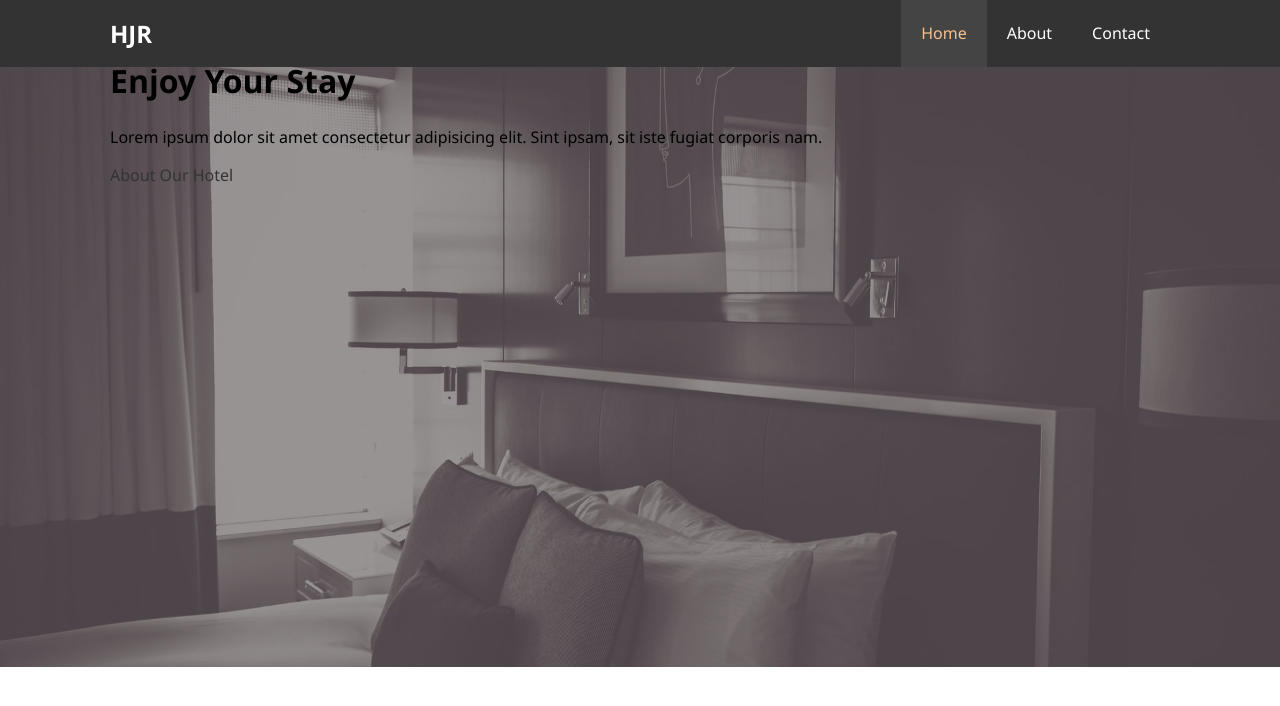
Repository: dimlutine/Hotel-Project
Page: index.html
These files come from the project's save history. The page is drawn as it stood at one moment and after the next save; the edit follows.
The browser window is 1280 px wide. The pictures show the whole page.

Above is the page before, as saved 2019-07-05 21:50:37.

### index.html
<!DOCTYPE html>
<html lang="en">

<head>
    <meta charset="UTF-8">
    <meta name="viewport" content="width=device-width, initial-scale=1.0">
    <meta http-equiv="X-UA-Compatible" content="ie=edge">
    <meta name="description" content="Welcome to the neatest hotel in Durham, North Carolina!">
    <meta name="keywords" content="hotel,durham hotel, north carolina hotel, rdu hotel">
    <link rel="stylesheet" href="css/style.css">
    <title>Hotel JR | Durham Hotel</title>
</head>

<body>
    <header>
        <nav id="navbar">
            <div class="container">
                <h1 class="logo"><a href="index.html">HJR</a></h1>
                <ul>
                    <li><a class="current" href="index.html">Home</a></li>
                    <li><a href="about.html">About</a></li>
                    <li><a href="contact.html">Contact</a></li>
                </ul>
            </div>

        </nav>
        <div id="showcase">
            <div class="container">
                <div class="showcase-content">
                    <h1>
                        <span class="text-primary">Enjoy</span> Your Stay
                    </h1>
                    <p class="lead">Lorem ipsum dolor sit amet consectetur adipisicing elit. Sint ipsam, sit iste fugiat corporis nam.</p>
                    <a class="btn" href="about.html">About Our Hotel</a>
                </div>
            </div>
        </div>
    </header>
</body>

</html>

### css/style.css
* {
    padding: 0;
    margin: 0;
    box-sizing: border-box;
}

html,
body {
    font-family: 'Segoe UI', 'Segoe UI', Tahoma, Geneva, Verdana, sans-serif;
    line-height: 1.7em;
}

a {
    color: #333;
    text-decoration: none;
}

h1,
h2,
h3 {
    padding-bottom: 20px;
}

p {
    margin: 10px 0;
}

.container {
    margin: auto;
    max-width: 1100px;
    overflow: auto;
    padding: 0 20px;
}

#navbar {
    background: #333;
    color: #fff;
    overflow: auto;
}

#navbar a {
    color: #fff;
}

#navbar h1 {
    float: left;
    padding-top: 20px;
}

#navbar ul {
    float: right;
    list-style: none;
}

#navbar ul li {
    float: left;
}

#navbar ul li a {
    display: block;
    padding: 20px;
    text-align: center;
}

#navbar ul li a:hover,
#navbar ul li a.current {
    background: #444;
    color: #f7c08a;
}


/* Showcase */

#showcase {
    background: url('../img/showcase.jpg') no-repeat center center/cover;
    height: 600px;
}

After the next save:
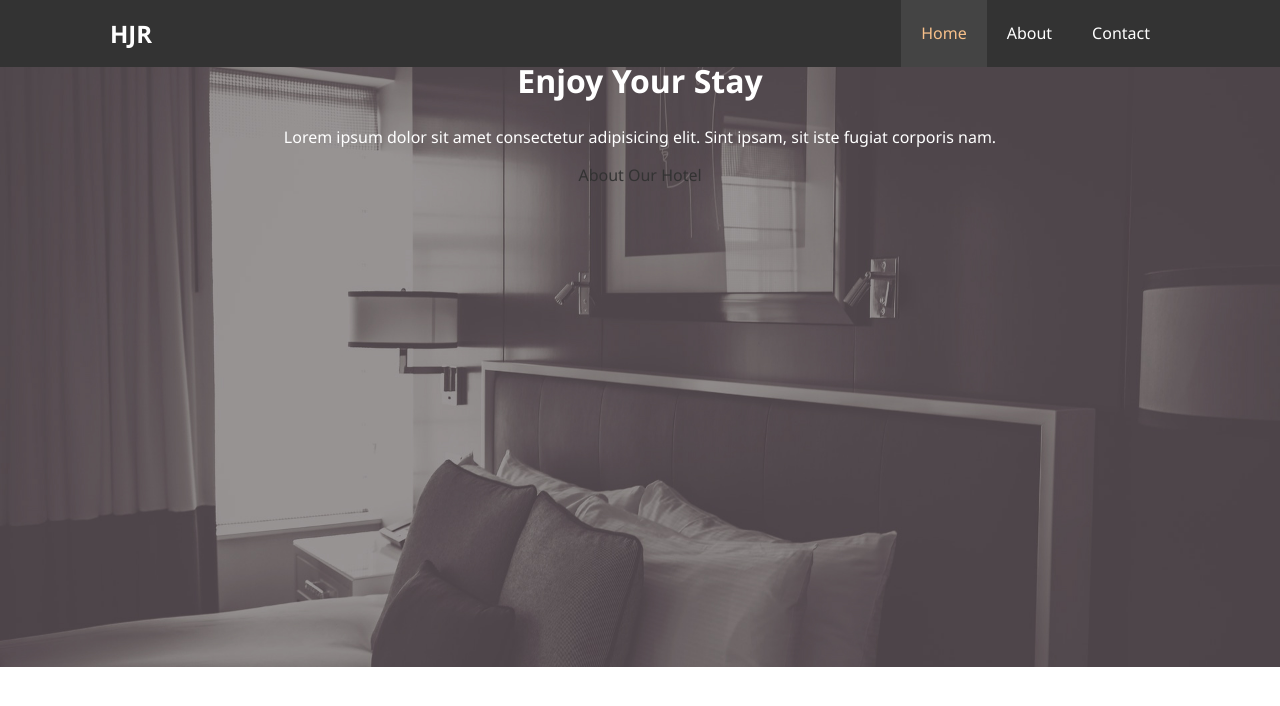
Saved 45 s later.
--- a/css/style.css
+++ b/css/style.css
@@ -75,3 +75,8 @@ p {
     background: url('../img/showcase.jpg') no-repeat center center/cover;
     height: 600px;
 }
+
+#showcase .showcase-content {
+    color: #fff;
+    text-align: center;
+}
